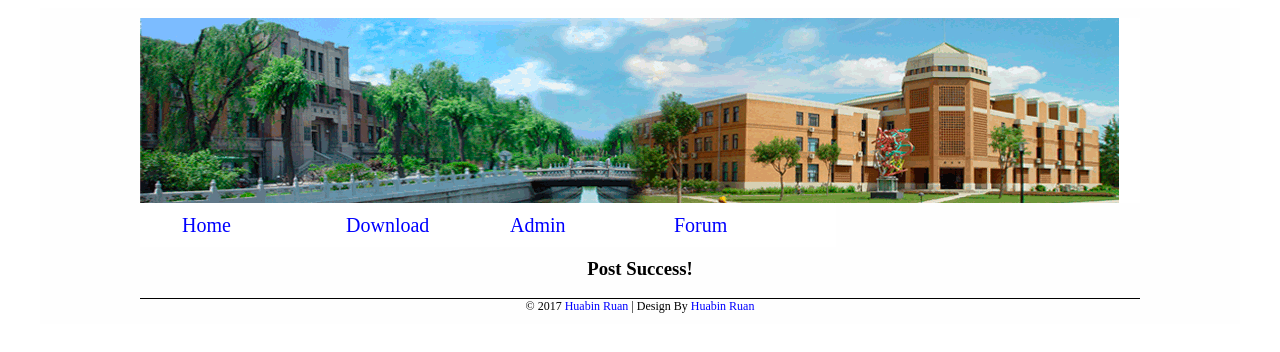
Repository: ruanhuabin/LifeSoftwareWebSite
Page: http://localhost/CryoEM/page_template.jsp
The author's editor kept a copy of each file at every save. The page is drawn from the files as they stood at one save, then again after the next save.
The browser window is 1280 px wide. The pictures show the whole page.
The page is served by Tomcat 9. Nobody is signed in. The application's start-up code is not run.

Above is the page before, as saved 2017-08-22 05:21:34.

After the next save:
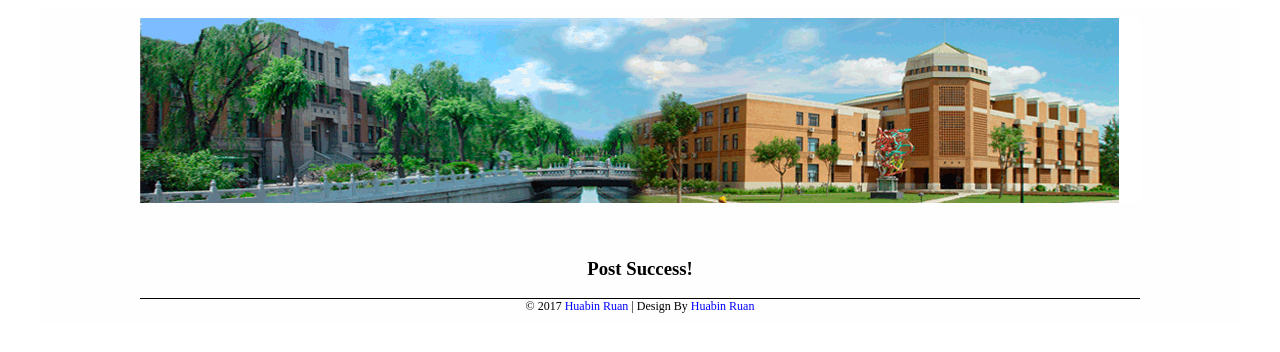
Saved 21 h 11 min later.
--- a/CryoEM/WebRoot/page_template.jsp
+++ b/CryoEM/WebRoot/page_template.jsp
@@ -17,27 +17,8 @@
 
 <div id="main-container">
 <div id="header"></div>
-<div id="navigation">
-	<ul>
-		<li><a href="<%=path%>/index.jsp">Home</font></a></li>
-		<li><a href="<%=path%>/user/User_listSoftware.action">Download</a></li>
-		<li><a href="<%=path%>/post/Admin_toAdmin.action">Admin</a></li>
-		<li><a href="http://10.10.32.133/thunder/answers/">Forum</a></li>
-	</ul>
-</div>
-<script type="text/javascript">
-		var index_plist = {
-			obj : document.getElementById("navigation")
-					.getElementsByTagName("li"),
-			currObj : null,
-			init : function() {
-				for (i = 0; i < index_plist.obj.length; i++) {
-					eval("index_plist.obj[i].getElementsByTagName('a')[0].onclick=function(){this.className='curr';if(index_plist.currObj){index_plist.currObj.className=''}index_plist.currObj=this}");
-				}
-			}
-		};
-		index_plist.init();
-</script>
+
+
 
 
 <br/>

After the 2 saves that followed:
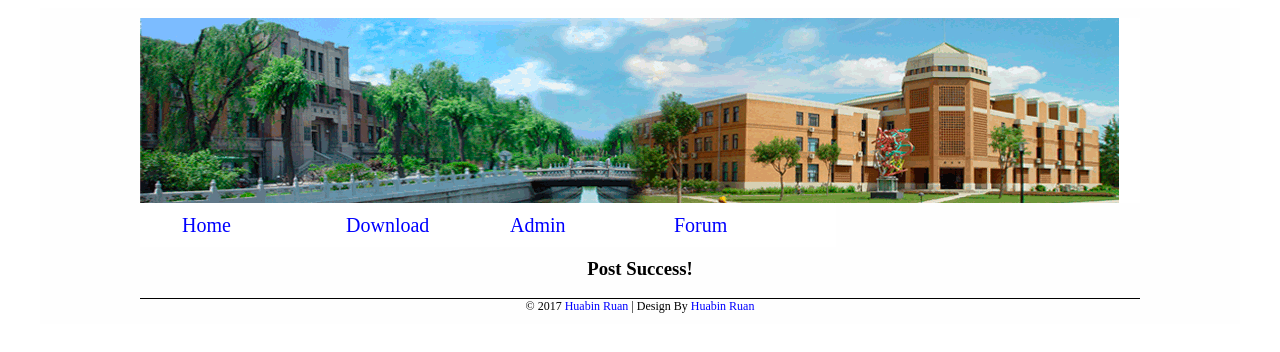
The 2 saves are shown as one change because 1 left the picture as it was.
The last was saved 5 min 54 s later.
--- a/CryoEM/WebRoot/page_template.jsp
+++ b/CryoEM/WebRoot/page_template.jsp
@@ -17,8 +17,27 @@
 
 <div id="main-container">
 <div id="header"></div>
-
-
+<div id="navigation">
+	<ul>
+		<li><a href="<%=path%>/index.jsp">Home</font></a></li>
+		<li><a href="<%=path%>/user/User_listSoftware.action">Download</a></li>
+		<li><a href="<%=path%>/post/Admin_toAdmin.action">Admin</a></li>
+		<li><a href="http://10.10.32.133/thunder/answers/">Forum</a></li>
+	</ul>
+</div>
+<script type="text/javascript">
+		var index_plist = {
+			obj : document.getElementById("navigation")
+					.getElementsByTagName("li"),
+			currObj : null,
+			init : function() {
+				for (i = 0; i < index_plist.obj.length; i++) {
+					eval("index_plist.obj[i].getElementsByTagName('a')[0].onclick=function(){this.className='curr';if(index_plist.currObj){index_plist.currObj.className=''}index_plist.currObj=this}");
+				}
+			}
+		};
+		index_plist.init();
+</script>
 
 
 <br/>
